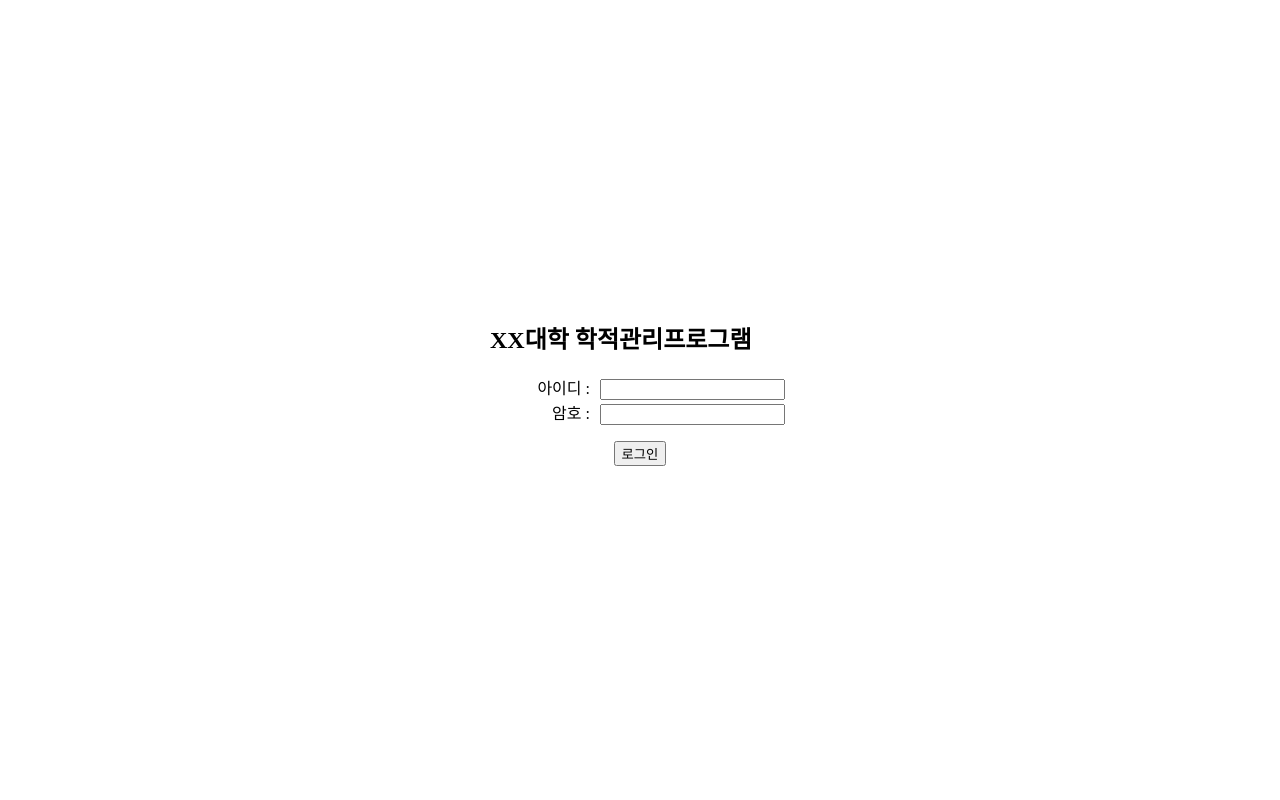
Repository: KangJinSol/jsp
Page: http://localhost/StudentProject/university_login.jsp
An editor plug-in stored every save of this project. The page is shown before and after the next save, followed by the edit.
The browser window is 1280 px wide. The pictures show the whole page.
The page is served by Tomcat 9. Other server files are loaded and not shown.

Above is the page before, as saved 2021-01-22 09:34:04.

### jsp/StudentProject/WebContent/university_login.jsp
<%@ page language="java" contentType="text/html; charset=UTF-8"
    pageEncoding="UTF-8"%>
<!DOCTYPE html>
<html>
<head>
<meta charset="UTF-8">
<title>로그인</title>
<style>
.container{
	width:300px;
	margin:100px auto;
	height: 600px;
	padding-top:200px;
	box-sizing: border-box;
}
label{
	width:100px;
	display:inline-block;
	text-align: right;
	padding-right:10px;
}
p{
	text-align: center;
}
</style>
</head>
<body>

	<div class="container">
		<h2>XX대학 학적관리프로그램</h2>
		<form method="post" action="login.do">
			<label for="name">아이디 : </label><input type="text" name="id" id="id"><br>
			<label for="sabun">암호 : </label><input type="password" name="pass" id="pass"><br>
			<p>
			<button type="submit">로그인</button>
			</p>
		</form>
	</div>

</body>
</html>

After the next save:
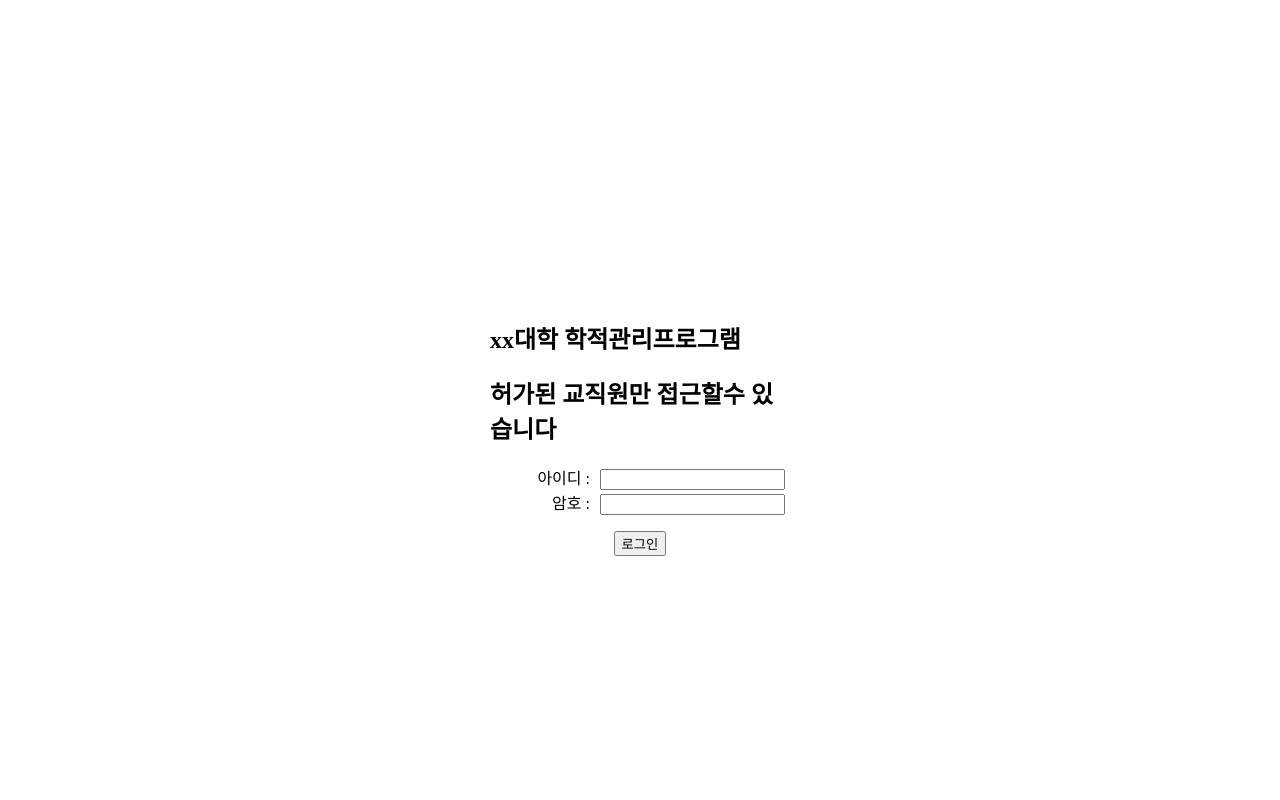
Saved 57 s later.
--- a/jsp/StudentProject/WebContent/university_login.jsp
+++ b/jsp/StudentProject/WebContent/university_login.jsp
@@ -27,10 +27,11 @@ p{
 <body>
 
 	<div class="container">
-		<h2>XX대학 학적관리프로그램</h2>
+		<h2>xx대학 학적관리프로그램</h2>
+		<h2>허가된 교직원만 접근할수 있습니다</h2>
 		<form method="post" action="login.do">
 			<label for="name">아이디 : </label><input type="text" name="id" id="id"><br>
-			<label for="sabun">암호 : </label><input type="password" name="pass" id="pass"><br>
+			<label for="sabun">암호 : </label><input type="password" name="pass" id="sabun"><br>
 			<p>
 			<button type="submit">로그인</button>
 			</p>
